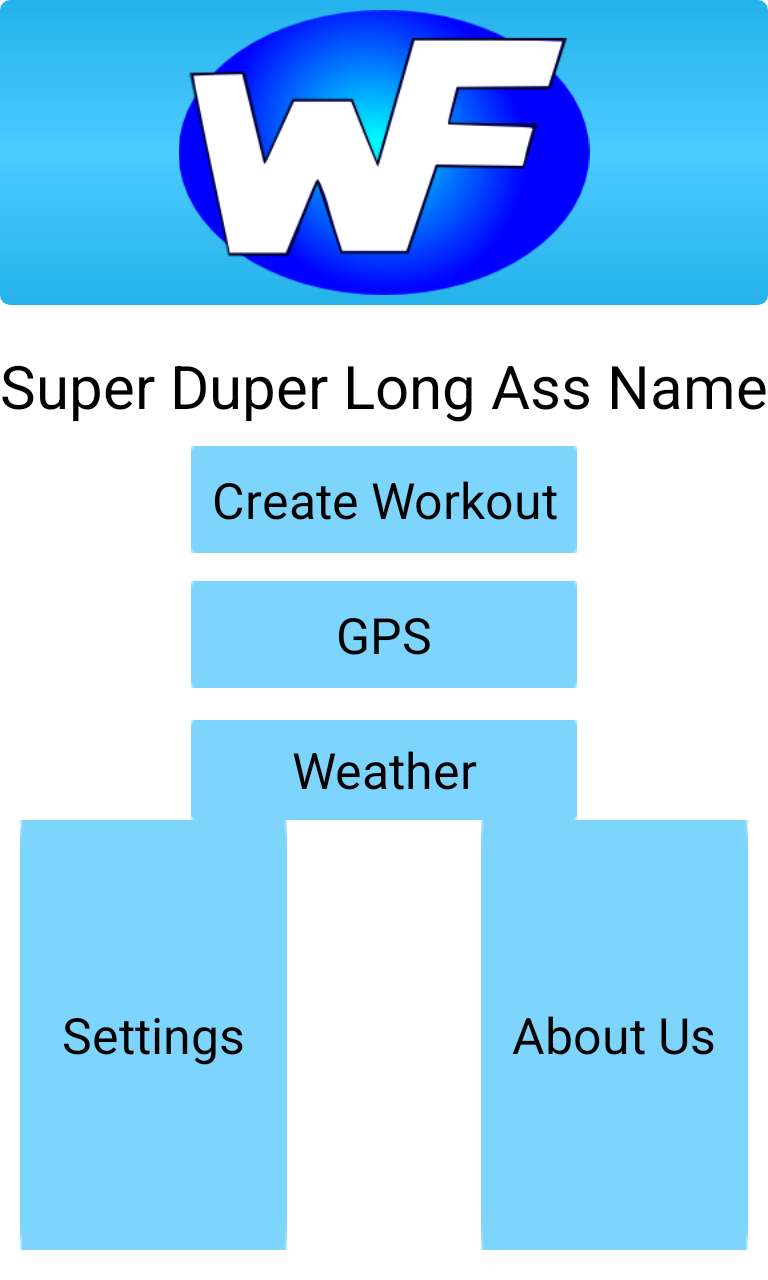
Repository: jwisch91/CS390-Project
Layout: workspace/testing/res/layout/main_menu_2.xml
The author's editor kept a copy of each file at every save. The layout is drawn from the files as they stood at one save, then again after the next save.
It is drawn on a 768 x 1280 px phone screen (xhdpi) without system bars, with theme android:Theme.Light; the app's code is not run.

Above is the layout before, as saved 2013-04-18 21:25:58.

### workspace/testing/res/layout/main_menu_2.xml
<?xml version="1.0" encoding="utf-8"?>
<ScrollView
  xmlns:android="http://schemas.android.com/apk/res/android"
  android:layout_width="fill_parent"
  android:layout_height="fill_parent"
  android:fillViewport="true"
  android:id="@+id/Main_menu">

<RelativeLayout
    android:layout_width="fill_parent"
    android:layout_height="fill_parent"
    android:layout_weight="0.80"
    android:background="#ffffff" >

    <!-- Header  Starts -->

    <LinearLayout
        android:id="@+id/header"
        android:layout_width="fill_parent"
        android:layout_height="wrap_content"
        android:background="@layout/header_gradient"
        android:paddingBottom="5dip"
        android:paddingTop="5dip" >

        <!-- Logo Start -->

        <ImageView
            android:layout_width="fill_parent"
            android:layout_height="wrap_content"
            android:layout_gravity="center"
            android:src="@drawable/logo" />
        <!-- Logo Ends -->
    </LinearLayout>
    <!-- Header Ends -->

    <TextView
        android:id="@+id/Welcome"
        android:layout_width="wrap_content"
        android:layout_height="wrap_content"
        android:layout_below="@+id/header"
        android:layout_centerHorizontal="true"
        android:layout_marginBottom="10dp"
        android:layout_marginTop="20dp"
        android:text="Super Duper Long Ass Name"
        android:textColor="#000000"
        android:textSize="30dip" />

    <Button
        android:id="@+id/Workout_Button"
        android:layout_width="wrap_content"
        android:layout_height="wrap_content"
        android:layout_below="@+id/Welcome"
        android:layout_centerHorizontal="true"
        android:background="@drawable/blue"
        android:padding="10dip"
        android:text="Create Workout"
        android:textSize="25dip" />

    <Button
        android:id="@+id/Settings"
        android:layout_width="wrap_content"
        android:layout_height="wrap_content"
        android:layout_below="@+id/Weather"
        android:layout_alignParentBottom="true"
        android:layout_alignParentLeft="true"
        android:layout_marginBottom="15dp"
        android:layout_marginLeft="10dp"
        android:background="@drawable/blue"
        android:padding="10dip"
        android:text="Settings"
        android:textSize="25dip" />

    <Button
        android:id="@+id/About_Us"
        android:layout_width="wrap_content"
        android:layout_below="@+id/Weather"
        android:layout_height="wrap_content"
        android:layout_alignParentBottom="true"
        android:layout_alignParentRight="true"
        android:layout_marginBottom="15dp"
        android:layout_marginRight="10dp"
        android:background="@drawable/blue"
        android:padding="10dip"
        android:text="About Us"
        android:textSize="25dip" />

    <Button
        android:id="@+id/GPS_Button"
        android:layout_width="200dip"
        android:layout_height="wrap_content"
        android:layout_alignLeft="@+id/Workout_Button"
        android:layout_alignRight="@+id/Workout_Button"
        android:layout_below="@+id/Workout_Button"
        android:layout_marginTop="14dp"
        android:background="@drawable/blue"
        android:padding="10dip"
        android:text="GPS"
        android:textSize="25dip" />

    <Button
        android:id="@+id/Weather"
        android:layout_width="200dip"
        android:layout_height="50dip"
        android:layout_alignLeft="@+id/GPS_Button"
        android:layout_alignRight="@+id/GPS_Button"
        android:layout_below="@+id/GPS_Button"
        android:layout_marginTop="16dp"
        android:background="@drawable/blue"
        android:text="Weather"
        android:textSize="25dip" />

</RelativeLayout>

</ScrollView>

Loaded but not shown: workspace/testing/res/layout/header_gradient.xml (common file)

After the next save:
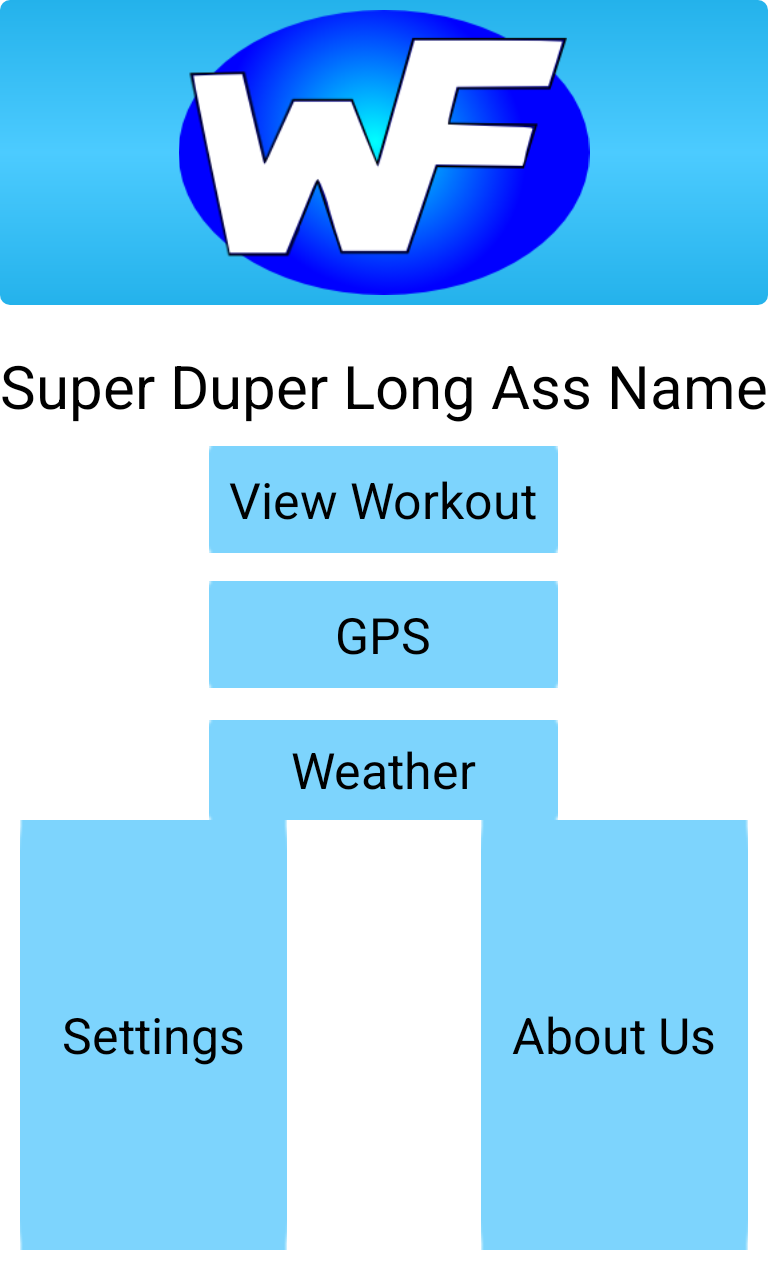
Saved 15 s later.
--- a/workspace/testing/res/layout/main_menu_2.xml
+++ b/workspace/testing/res/layout/main_menu_2.xml
@@ -53,7 +53,7 @@
         android:layout_centerHorizontal="true"
         android:background="@drawable/blue"
         android:padding="10dip"
-        android:text="Create Workout"
+        android:text="View Workout"
         android:textSize="25dip" />
 
     <Button
